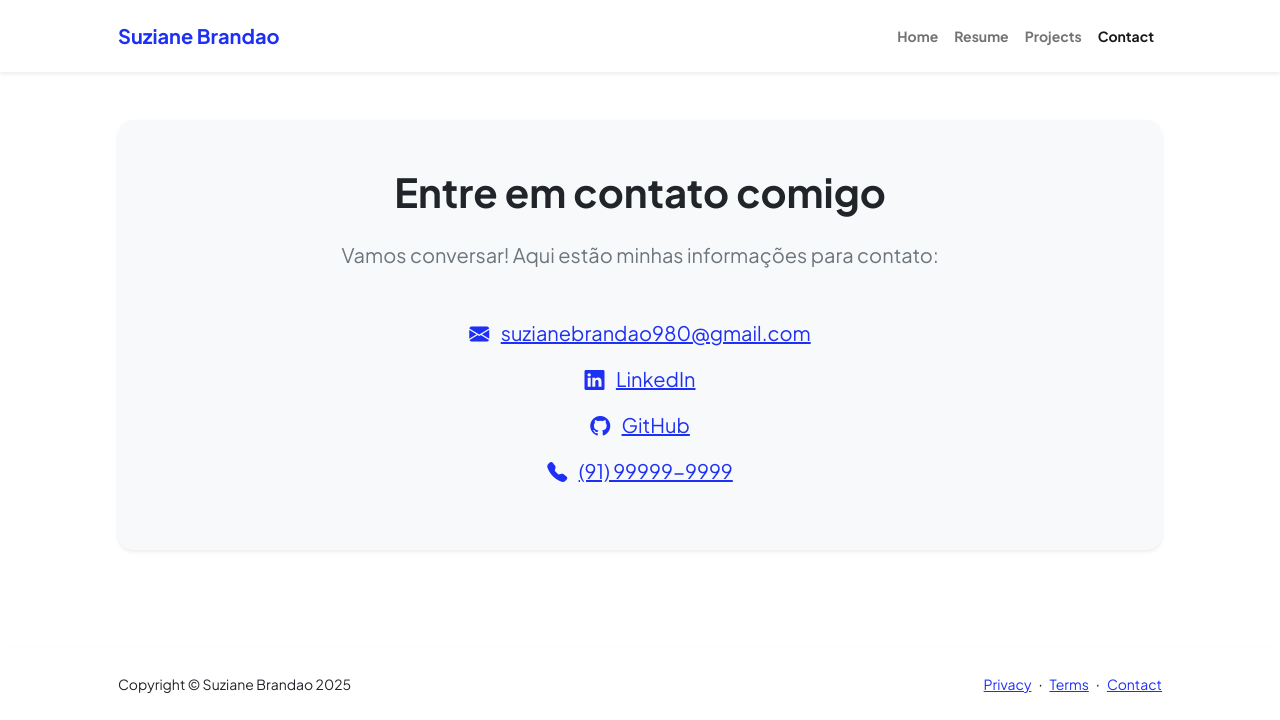
Repository: Suziane90/Portifolio
Page: contact.html
The author's editor kept a copy of each file at every save. The page is drawn from the files as they stood at one save, then again after the next save.
The browser window is 1280 px wide. The pictures show the whole page.

Above is the page before, as saved 2025-07-23 22:42:37.

After the next save:
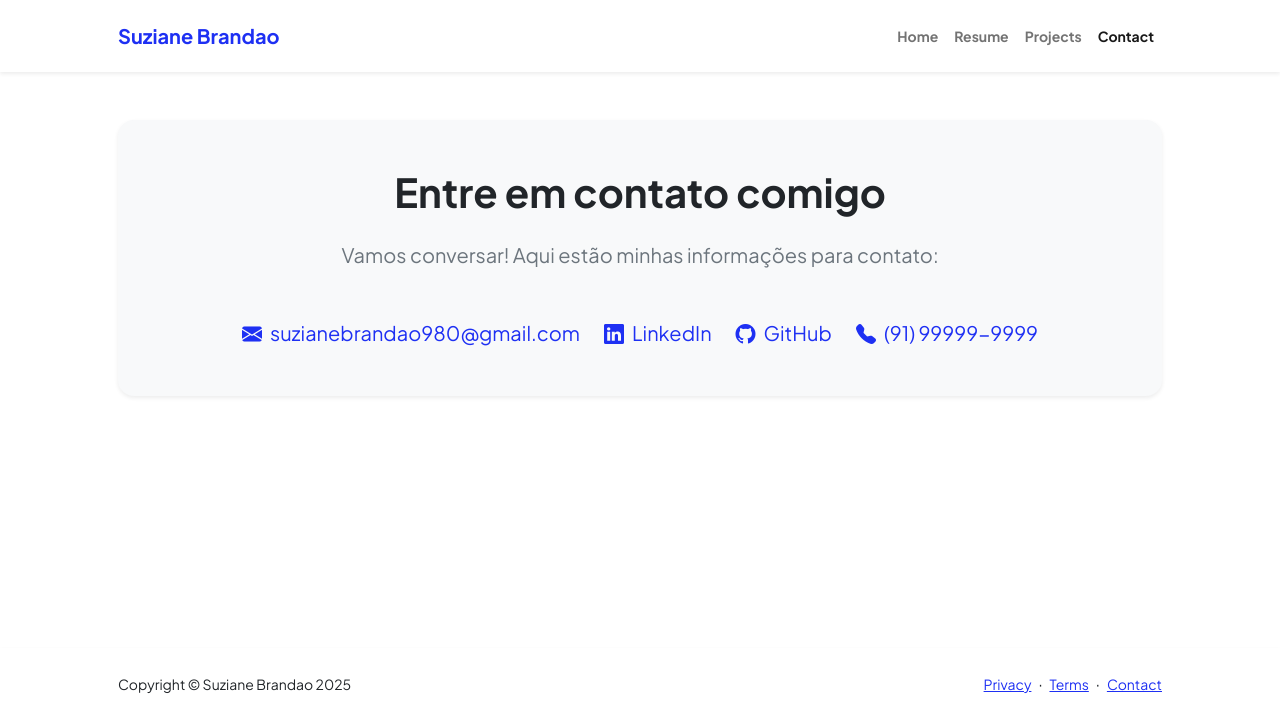
Saved 65 s later.
--- a/contact.html
+++ b/contact.html
@@ -52,36 +52,29 @@
     <!-- Conteúdo principal -->
     <main class="flex-grow-1">
         <section class="py-5">
-            <div class="container px-5">
-                <div class="bg-light rounded-4 py-5 px-4 px-md-5 text-center shadow-sm">
-                    <h1 class="fw-bolder mb-4">Entre em contato comigo</h1>
-                    <p class="lead fw-normal text-muted mb-5">Vamos conversar! Aqui estão minhas informações para contato:</p>
+  <div class="container px-5">
+    <div class="bg-light rounded-4 py-5 px-4 px-md-5 text-center shadow-sm">
+      <h1 class="fw-bolder mb-4">Entre em contato comigo</h1>
+      <p class="lead fw-normal text-muted mb-5">Vamos conversar! Aqui estão minhas informações para contato:</p>
 
-                    <div class="row justify-content-center gx-5">
-                        <div class="col-md-8 col-lg-6">
-                            <ul class="list-unstyled fs-5">
-                                <li class="mb-3">
-                                    <i class="bi bi-envelope-fill me-2 text-primary"></i>
-                                    <a href="mailto:suzianebrandao980@gmail.com">suzianebrandao980@gmail.com</a>
-                                </li>
-                                <li class="mb-3">
-                                    <i class="bi bi-linkedin me-2 text-primary"></i>
-                                    <a href="https://www.linkedin.com/in/seu-perfil" target="_blank" rel="noopener noreferrer">LinkedIn</a>
-                                </li>
-                                <li class="mb-3">
-                                    <i class="bi bi-github me-2 text-primary"></i>
-                                    <a href="https://github.com/seu-usuario" target="_blank" rel="noopener noreferrer">GitHub</a>
-                                </li>
-                                <li class="mb-3">
-                                    <i class="bi bi-telephone-fill me-2 text-primary"></i>
-                                    <a href="tel:+5591999999999">(91) 99999-9999</a>
-                                </li>
-                            </ul>
-                        </div>
-                    </div>
-                </div>
-            </div>
-        </section>
+      <div class="d-flex flex-wrap justify-content-center gap-4 fs-5">
+        <a href="mailto:suzianebrandao980@gmail.com" class="d-flex align-items-center text-decoration-none text-primary">
+          <i class="bi bi-envelope-fill me-2"></i> suzianebrandao980@gmail.com
+        </a>
+        <a href="https://www.linkedin.com/in/seu-perfil" target="_blank" rel="noopener noreferrer" class="d-flex align-items-center text-decoration-none text-primary">
+          <i class="bi bi-linkedin me-2"></i> LinkedIn
+        </a>
+        <a href="https://github.com/seu-usuario" target="_blank" rel="noopener noreferrer" class="d-flex align-items-center text-decoration-none text-primary">
+          <i class="bi bi-github me-2"></i> GitHub
+        </a>
+        <a href="tel:+5591999999999" class="d-flex align-items-center text-decoration-none text-primary">
+          <i class="bi bi-telephone-fill me-2"></i> (91) 99999-9999
+        </a>
+      </div>
+    </div>
+  </div>
+</section>
+
     </main>
 
     <!-- Footer -->
